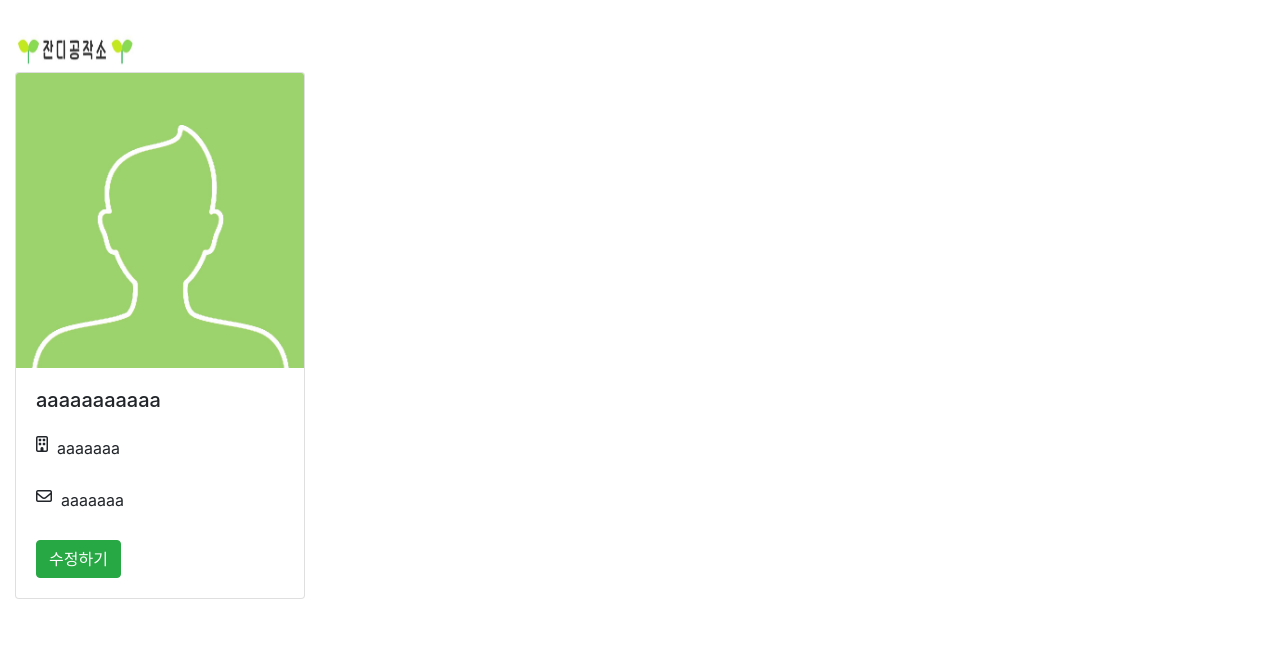
Repository: guddus326/Grass_Farm
Page: http://localhost/Grass_Farm/User.jsp
The author's editor kept a copy of each file at every save. The page is drawn from the files as they stood at one save, then again after the next save.
The browser window is 1280 px wide. The pictures show the whole page.
Some icons come from a web library that is not loaded, so they are not drawn. Some web libraries are served in a nearby version. The page is served by Tomcat 9. Other server files are loaded and not shown.

Above is the page before, as saved 2020-11-08 18:23:37.

### Grass_Farm/Grass_Farm/WebContent/User.jsp
<%@ page language="java" contentType="text/html; charset=UTF-8"
    pageEncoding="UTF-8"%>
<%@ page import="user.UserDAO"%>
<%@ page import="user.User" %>
<%@ page import="java.io.PrintWriter" %>
<%@ page import="java.util.ArrayList" %>
<!-- 자바 클래스 사용 -->
<% request.setCharacterEncoding("UTF-8"); %>
<!-- 한명의 회원정보를 담는 user클래스를 자바 빈즈로 사용 / scope:페이지 현재의 페이지에서만 사용-->
<jsp:useBean id="user" class="user.User" scope="page"/>
<jsp:setProperty property="userName" name="user"/>

<!DOCTYPE html>
<html>
<head>
<meta charset="UTF-8">
<meta name="viewport" content="width=device-width, initial-scale=1, maximum-scale=1, user-scalable=no">
<link rel="stylesheet" href="https://stackpath.bootstrapcdn.com/bootstrap/4.5.2/css/bootstrap.min.css" integrity="sha384-JcKb8q3iqJ61gNV9KGb8thSsNjpSL0n8PARn9HuZOnIxN0hoP+VmmDGMN5t9UJ0Z" crossorigin="anonymous">
<script src="https://kit.fontawesome.com/ed128c5a1e.js" crossorigin="anonymous"></script>
<title>내 프로필</title>
<style>
	.modal {
        background-color: rgb(0,0,0);
        background-color: rgba(0,0,0,0.4);
        text-align: center;

    }
    .modal-content {
        background-color: #fefefe;
        border: 1px solid #888;
        font-size: 20px;
        vertical-align: middle;
    }
    .close {
        color: #aaa;
        float: right;
        font-size: 28px;
        font-weight: bold;
    }
    .close:hover,
    .close:focus {
        color: black;
        text-decoration: none;
        cursor: pointer;
    }
</style>
    <script defer src="/static/fontawesome/fontawesome-all.js"></script>
</head>
<body>
<%
	String userID=null;
	if(session.getAttribute("userID")!=null){
		userID=(String)session.getAttribute("userID");
	}
    %>
    <nav class="navbar-fixed-top navbar-default">
    	<div class="container-fluid">
    		<div class="navbar-header">
            	<a class="navbar-brand" href="#">
                	<span class="glyphicon glyphicon-align-left" aria-hidden="true"></span>
                </a>
             </div>
			<div class="navbar-header">
            	<a href="Index.jsp"><img alt="Brand" width=120px; height=40px;" style="margin-top: 8px;" src="./img/logo.JPG"></a>
			</div>
          	<div class="collapse navbar-collapse" id="bs-example-navbar-collapse-1">
      			<ul class="nav navbar-nav">
              		<li><a href="Write.jsp">WRITE</a></li>
              		<li><a href="#">##</a></li>
              		<li><a href="#">##</a></li>
              		<li><a href="User.jsp">USER</a></li>
            	</ul>
          <form class="navbar-form navbar-right" role="search" action="Search.jsp">
          	<div class="form-group">
          		<input type="text" class="form-control" placeholder="Search" name="userName">
        	</div>
        	<button type="submit" class="btn btn-default">Submit</button>
      	  </form>

            <%
            	if(userID==null){
            %>
            <ul class="nav navbar-nav navbar-right">
              <li><a href="Login.jsp">LOGIN</a></li>
              <li><a href="Join.jsp">JOIN</a></li>
            </ul>
            <%
            	}else{
            %>
            <ul class="nav navbar-nav navbar-right">
              <li><a href="LogoutAction.jsp">LOGOUT</a></li>
            </ul>
            <%
            	}
            %>
          </div><!-- /.navbar-collapse -->
        </div><!-- /.container-fluid -->
    </nav>

        			<div class="col-md-3">
        				<div class="card">
  							<img src="./img/grass.png" id="img_click" style="cursor:pointer;" class="card-img-top" alt="Profile">
  							<div class="card-body">
    							<h5 class="card-title">aaaaaaaaaaa</h5>
								<ul class="list-unstyled">
									<li class="media my-4">
    									<span class="far fa-building"></span>
      										<p class="mt-0 mb-1">&nbsp;&nbsp;aaaaaaa</p>
  									</li>
  									<li class="media my-4">
  										<span class="far fa-envelope"></span>
      									<p class="mt-0 mb-1">&nbsp;&nbsp;aaaaaaa</p>
  									</li>
								</ul>
								<a href="Change.jsp" class="btn btn-success">수정하기</a>
  							</div>
  						</div>
  					</div>

  							<!-- Modal -->
  							<div class="modal" id="myModal" tabindex="-1">
  								<div class="modal-dialog">
    								<div class="modal-content">
    					    			<div class="modal-header">
        									<button type="button" class="close" data-dismiss="modal" aria-label="Close">
          										<span aria-hidden="true">&times;</span>
        									</button>
      									</div>
      									<div class="modal-body">
  											<p>
  												<a href="#" class="tooltip-test" title="Tooltip">프로필 사진 수정</a><br>
  												<a href="#" class="tooltip-test" title="Tooltip">기본 이미지로 변경</a>
  											</p>
										</div>
    								</div>
    							</div>
    						</div>

								<!-- The Modal -->
  							  <script type="text/javascript">
  								var modal = document.getElementById('myModal');

    							// Get the button that opens the modal
    							var btn = document.getElementById("img_click");

   								// Get the <span> element that closes the modal
    							var span = document.getElementsByClassName("close")[0];

    							// When the user clicks on the button, open the modal
    							btn.onclick = function() {
    							    modal.style.display = "block";
    							}

    							// When the user clicks on <span> (x), close the modal
    							span.onclick = function() {
        							modal.style.display = "none";
    							}

    							// When the user clicks anywhere outside of the modal, close it
    							window.onclick = function(event) {
        							if (event.target == modal) {
            							modal.style.display = "none";
        							}
    							}
    							</script>

</body>
</html>

### Grass_Farm/Grass_Farm/src/user/User.java
package user;

public class User {
	private String userID;
	private String userPass;
	private String userPassCheck;
	private String userName;
	private String userEmail;
	private String userDate;

	public String getUserID() {
		return userID;
	}
	public void setUserID(String userID) {
		this.userID = userID;
	}
	public String getUserPass() {
		return userPass;
	}
	public void setUserPass(String userPass) {
		this.userPass = userPass;
	}
	public String getUserName() {
		return userName;
	}
	public void setUserName(String userName) {
		this.userName = userName;
	}
	public String getUserEmail() {
		return userEmail;
	}
	public void setUserEmail(String userEmail) {
		this.userEmail = userEmail;
	}
	public String getUserPassCheck() {
		return userPassCheck;
	}
	public void setUserPassCheck(String userPassCheck) {
		this.userPassCheck = userPassCheck;
	}

	public String getUserDate() {
		return userDate;
	}
	public void setUserDate(String userDate) {
		this.userDate = userDate;
	}
}

After the next save:
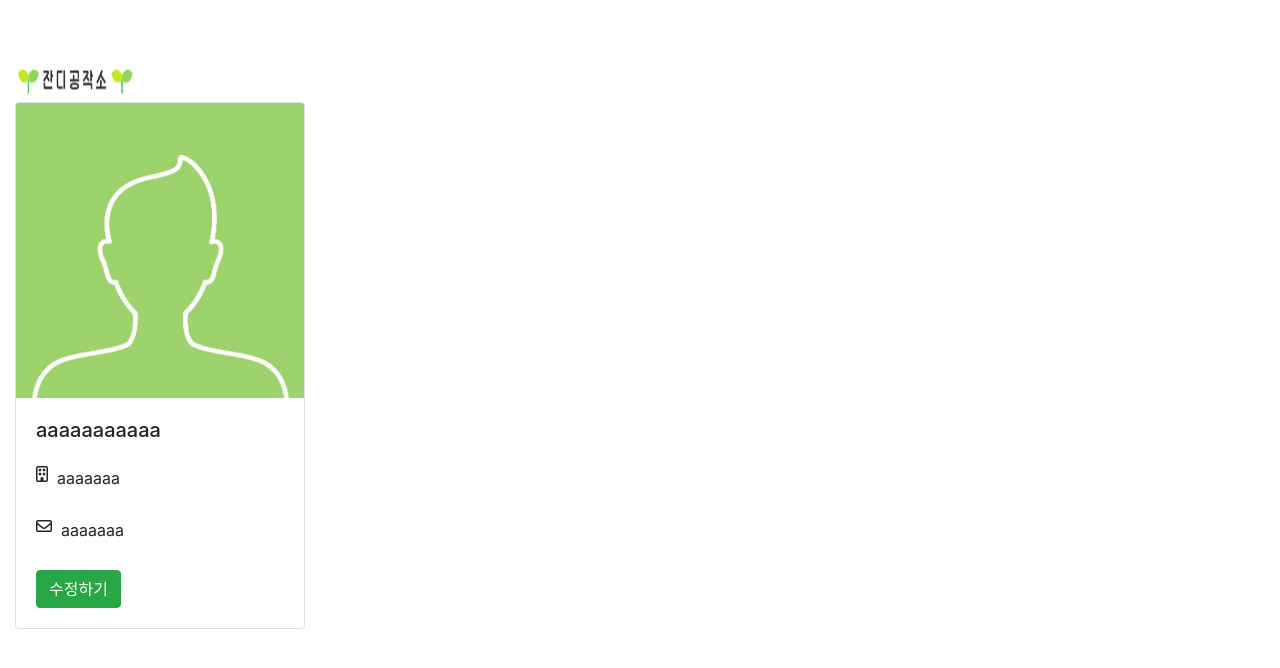
Saved 34 s later.
--- a/Grass_Farm/Grass_Farm/WebContent/User.jsp
+++ b/Grass_Farm/Grass_Farm/WebContent/User.jsp
@@ -19,6 +19,14 @@
 <script src="https://kit.fontawesome.com/ed128c5a1e.js" crossorigin="anonymous"></script>
 <title>내 프로필</title>
 <style>
+body { padding-top: 30px; }
+      	.navbar-fixed-top{
+      		background-color: white;
+      	}
+        .page-header{
+            font-family: 'Playfair Display', serif;
+            text-align: left;
+        }
 	.modal {
         background-color: rgb(0,0,0);
         background-color: rgba(0,0,0,0.4);
